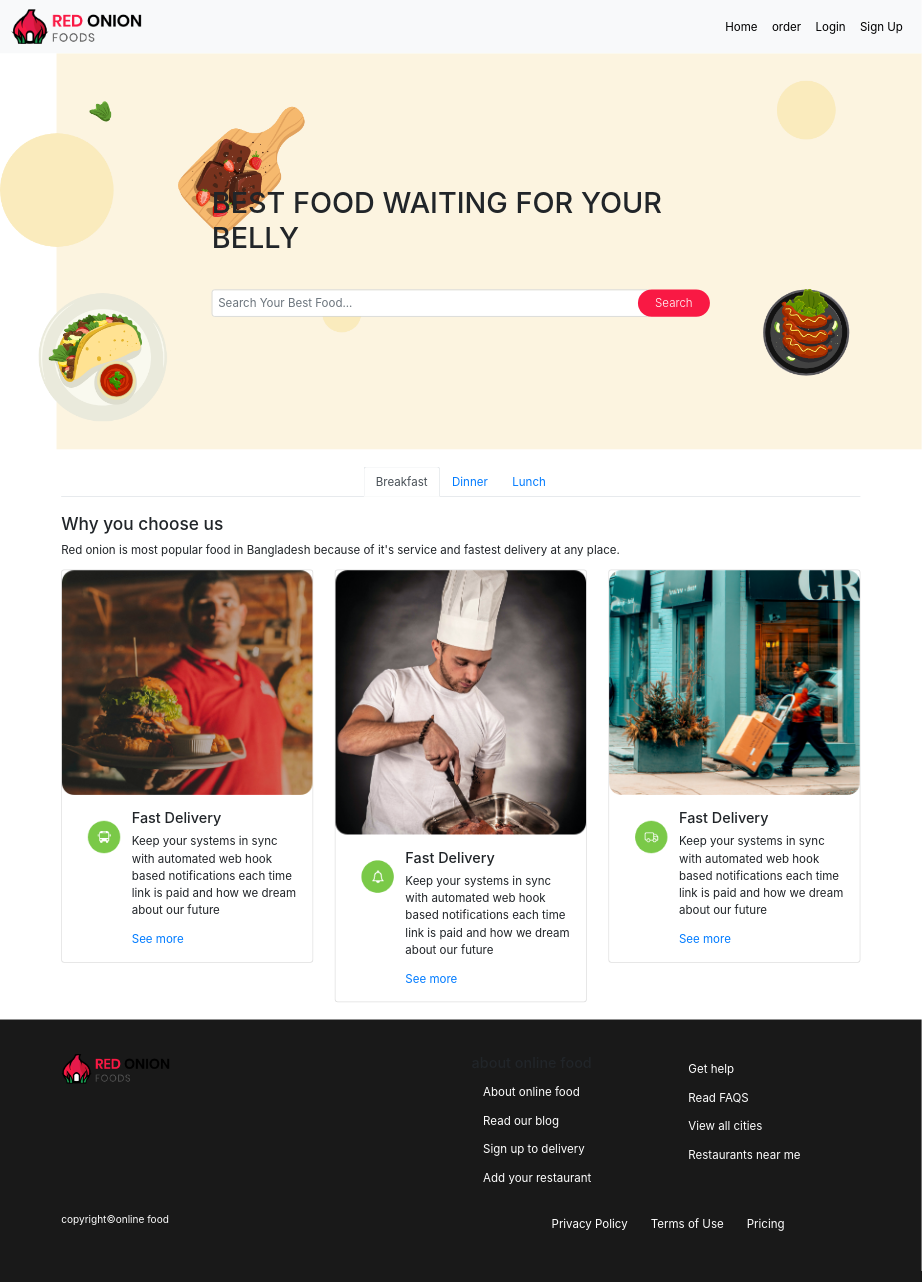
Repository: arif286/red-onion-client
Page: /
These files come from the project's save history. The page is drawn as it stood at one moment and after the next save; the edit follows.
The browser window is 1280 px wide. The pictures show the whole page, at 72% of full size.
The page's requests for data from a server got no answer. The project was rebuilt for these pictures with package versions that can differ from the ones it lists, and the page was loaded fresh each time. No one was signed in, and anything a server would have sent is missing. Also part of the build but not shown: src/App.css, src/components/CheckOut/CheckOut.css, src/components/CheckOut/CheckOutForm/CheckOutFrom.js, src/components/CheckOut/CheckOut.js, src/components/FoodDetails/FoodDetail.css, src/components/FoodDetails/FoodDetail.js, src/components/Food/FoodItem.js, src/components/LogIn/firebase.config.js and 7 more. Imported but missing from the stored project, and not drawn on this page: src/components/CheckOut/Map/Map.

Above is the page before, as saved 2021-04-07 02:28:14.

### public/index.html
<!DOCTYPE html>
<html lang="en">
  <head>
    <meta charset="utf-8" />
    <link rel="icon" href="%PUBLIC_URL%/favicon.ico" />
    <meta name="viewport" content="width=device-width, initial-scale=1" />
    <meta name="theme-color" content="#000000" />
    <meta
      name="description"
      content="Web site created using create-react-app"
    />
    <link rel="apple-touch-icon" href="%PUBLIC_URL%/logo192.png" />
    <!--
      manifest.json provides metadata used when your web app is installed on a
      user's mobile device or desktop. See https://developers.google.com/web/fundamentals/web-app-manifest/
    -->
    <link rel="manifest" href="%PUBLIC_URL%/manifest.json" />

    <!-- <link
      href="https://api.tiles.mapbox.com/mapbox-gl-js/v2.1.1/mapbox-gl.css"
      rel="stylesheet"
    /> -->
    <!--
      Notice the use of %PUBLIC_URL% in the tags above.
      It will be replaced with the URL of the `public` folder during the build.
      Only files inside the `public` folder can be referenced from the HTML.

      Unlike "/favicon.ico" or "favicon.ico", "%PUBLIC_URL%/favicon.ico" will
      work correctly both with client-side routing and a non-root public URL.
      Learn how to configure a non-root public URL by running `npm run build`.
    -->
    <title>Red Onion</title>
  </head>
  <body>
    <noscript>You need to enable JavaScript to run this app.</noscript>
    <div id="root"></div>
    <!--
      This HTML file is a template.
      If you open it directly in the browser, you will see an empty page.

      You can add webfonts, meta tags, or analytics to this file.
      The build step will place the bundled scripts into the <body> tag.

      To begin the development, run `npm start` or `yarn start`.
      To create a production bundle, use `npm run build` or `yarn build`.
    -->
  </body>
</html>

### src/App.js
import "bootstrap/dist/css/bootstrap.min.css";
import React, { createContext, useState } from "react";
import { BrowserRouter as Router, Route, Switch } from "react-router-dom";
import './App.css';
import CheckOut from "./components/CheckOut/CheckOut";
import Map from "./components/CheckOut/Map/Map";
import FoodDetail from "./components/FoodDetails/FoodDetail";
import Footer from "./components/Footer/Footer";
import Header from "./components/Header/Header";
import Home from './components/Home/Home';
import Login from "./components/LogIn/Login";
import Order from "./components/Order/Order";
import SingUp from "./components/SingUp/SingUp";


export const UserContext = createContext();
function App() {
  const [loggedInUser, setLoggedInUser] = useState({});
  return (
    <UserContext.Provider value={[loggedInUser, setLoggedInUser]}>
      <Router>
        <Header />
        <Switch>
          <Route path="/home">
            <Home />
          </Route>
          <Route path="/signUp">
            <SingUp />
          </Route>
          <Route path="/login">
            <Login />
          </Route>
          <Route path="/food/details/:foodId">
            <FoodDetail />
          </Route>
          <Route path='/checkOut'>
            <CheckOut/>
          </Route>
          <Route path='/order'>
            <Order/>
          </Route>
          <Route path='/map'>
            <Map/>
          </Route>
          <Route exact path="/">
            <Home/>
          </Route>
        </Switch>
        <Footer />
      </Router>
    </UserContext.Provider>
  );

}

export default App;

### src/components/Footer/Footer.js
import React from 'react';
import { NavLink } from 'react-bootstrap';
import Logo from '../../onion-restaurent/logo2.png';
import './Footer.css';

const Footer = () => {
    return (
      <footer>
        <div className="container">
          <div className="row pt-5">
            <div className="col-md-6 col-sm-12 pb-4">
              <img className="footer-img" src={Logo} alt="" />
            </div>
            <div className="col-md-3 col-sm-12 pb-4">
              <h5>about online food</h5>
              <ul className="nav flex-column">
                <li className="nav-item">
                  <NavLink
                    className="nav-link active footer-link"
                    to="/"
                  >
                    About online food
                  </NavLink>
                </li>
                <li className="nav-item">
                  <NavLink className="nav-link footer-link" to="/">
                    Read our blog
                  </NavLink>
                </li>
                <li className="nav-item">
                  <NavLink className="nav-link footer-link" to="/">
                    Sign up to delivery
                  </NavLink>
                </li>
                <li className="nav-item">
                  <NavLink className="nav-link footer-link" to="/">
                    Add your restaurant
                  </NavLink>
                </li>
              </ul>
            </div>
            <div className="col-md-3 col-sm-12 pb-4">
              <ul className="nav flex-column">
                <li className="nav-item">
                  <NavLink
                    className="nav-link footer-link"
                    aria-current="page"
                    to="/"
                  >
                    Get help
                  </NavLink>
                </li>
                <li className="nav-item">
                  <NavLink className="nav-link footer-link" to="/">
                    Read FAQS
                  </NavLink>
                </li>
                <li className="nav-item">
                  <NavLink className="nav-link footer-link" to="/">
                    View all cities
                  </NavLink>
                </li>
                <li className="nav-item">
                  <NavLink className="nav-link footer-link" to="/">
                    Restaurants near me
                  </NavLink>
                </li>
              </ul>
            </div>
          </div>

          <div className="row">
            <div className="col-md-7">
              <p className='copy-right'>
                <small>
                  copyright<span>&#169;</span>online food
                </small>
              </p>
            </div>
            <div className="col-md-5">
              <div className='d-flex'>
                <NavLink className="footer-link">Privacy Policy</NavLink>
                <NavLink className="footer-link">Terms of Use</NavLink>
                <NavLink className="footer-link">Pricing</NavLink>
              </div>
            </div>
          </div>
        </div>
      </footer>
    );
};

export default Footer;

### src/components/Header/Header.js
import React from 'react';
import { Nav, Navbar } from 'react-bootstrap';
import { NavLink } from 'react-router-dom';
// import { NavLink } from "react-router-dom";
import logo from '../../onion-restaurent/logo2.png';
import './Header.css';
const Header = () => {

    return (
      <div>
        <Navbar bg="light" expand="lg">
          <Navbar.Brand href="#home">
            <img
              src={logo}
              width="180"
              className="d-inline-block align-top"
              alt="React Bootstrap logo"
            />
          </Navbar.Brand>
          <Navbar.Toggle aria-controls="basic-navbar-nav" />
          <Navbar.Collapse id="basic-navbar-nav">
            <Nav className="ml-auto">
              <NavLink className="header-link" to="/home">
                Home
              </NavLink>
              <NavLink className="header-link" to="/order">
                order
              </NavLink>
              <NavLink className="header-link" to="/login">
                Login
              </NavLink>
              <NavLink className="header-link" to="/signUp">
                Sign Up
              </NavLink>
            </Nav>
          </Navbar.Collapse>
        </Navbar>
      </div>
    );
};

export default Header;

### src/components/Home/Home.js
import React from 'react';
import DeliveryFood from '../DeliveryFood/DeliveryFood';
import Food from '../Food/Food';
import SearchBar from '../SearchBar/SearchBar';

const Home = () => {
    return (
      <>
        <SearchBar/>
        <Food />
        <DeliveryFood />
      </>
    );
};

export default Home;

### src/components/SearchBar/SearchBar.js
import React from 'react';
import { Col, Row } from 'react-bootstrap';
import background from '../../onion-restaurent/bannerbackground.png';
import './SearchBar.css';


const SearchBar = () => {
    const searchBg = {
        bgImage: {
            backgroundImage: `url(${background})`,
            backgroundRepeat: 'no-repeat, repeat',
            width: '100%',
            height: '550px',
            backgroundSize: 'cover'
        },
        submitBtn: {

        },
        searchBar: {
            width: '50%'
        }
    }
    return (
      <div
        className="d-flex justify-content-center align-items-center"
        style={searchBg.bgImage}
      >
          <Row className='justify-content-around'>
            <Col xs={11}>
              <h1 style={{textTransform:'uppercase'}}>Best food waiting for your belly</h1>
              <div className="d-flex mt-5">
                <input
                  className="form-control searchBar"
                  type="text"
                  placeholder="Search Your Best Food..."
                />
                <input className="search-btn" type="submit" value="Search" />
              </div>
            </Col>
          </Row>
      </div>
    );
};

export default SearchBar;

### src/components/Footer/Footer.css
.footer-img {
  width: 150px;
}
footer {
  background-color: #191919;
  padding-bottom: 60px;
}
.footer-link {
  color: white;
}
.footer-link:hover {
  color: #878787;
}
.copy-right {
  color: white;
}

### src/components/Header/Header.css
.header-link {
  color: black;
  display: inline-block;
  padding: 10px;
}
.header-link:hover {
  text-decoration: none;
  color: #777777;
}
.cart-btn {
  border: none;
  background: none;
}

### src/components/DeliveryFood/DeliveryFood.js
import React from 'react';
import { Link } from 'react-router-dom';
import notifications from '../../onion-restaurent/ICON/Group 1133.png';
import deliveryImg from '../../onion-restaurent/ICON/Group 204.png';
import car from '../../onion-restaurent/ICON/Group 245.png';
import burger from '../../onion-restaurent/Image/burger.png';
import cart from '../../onion-restaurent/Image/cart-bear.png';
import chefCook from '../../onion-restaurent/Image/chef-cook.png';


const DeliveryFood = () => {
    return (
      <div className="container mt-4">
        <div>
          <h4>Why you choose us</h4>
          <p>
            Red onion is most popular food in Bangladesh because of it's service
            and fastest delivery at any place.
          </p>
        </div>
        <div className="row row-cols-1 row-cols-md-3 g-4">
          <div className="col pb-4">
            <div className="card">
              <img src={burger} alt="" />
              <div className="d-flex card-body">
                <div className="p-3">
                  <img src={deliveryImg} alt="" />
                </div>
                <div>
                  <h5>Fast Delivery</h5>
                  <p>
                    Keep your systems in sync with automated web hook based
                    notifications each time link is paid and how we dream about
                    our future
                  </p>
                  <Link to='/'>See more</Link>
                </div>
              </div>
            </div>
          </div>
          <div className="col pb-4">
            <div className="card">
              <img src={chefCook} alt="" />
              <div className="d-flex card-body">
                <div className="p-3">
                  <img src={notifications} alt="" />
                </div>
                <div>
                  <h5>Fast Delivery</h5>
                  <p>
                    Keep your systems in sync with automated web hook based
                    notifications each time link is paid and how we dream about
                    our future
                  </p>
                  <Link>See more</Link>
                </div>
              </div>
            </div>
          </div>
          <div className='col pb-4'>
            <div className="card">
              <img src={cart} alt="" />
              <div className="d-flex card-body">
                <div className="p-3">
                  <img src={car} alt="" />
                </div>
                <div>
                  <h5>Fast Delivery</h5>
                  <p>
                    Keep your systems in sync with automated web hook based
                    notifications each time link is paid and how we dream about
                    our future
                  </p>
                  <Link>See more</Link>
                </div>
              </div>
            </div>
          </div>
        </div>
      </div>
    );
};

export default DeliveryFood;

### src/components/Food/Food.js

import axios from "axios";
import React, { useEffect, useState } from "react";
import { Tab, Tabs } from "react-bootstrap";
import { useHistory } from "react-router";
import "./Food.css";
import FoodItem from "./FoodItem";

const Food = () => {
  const [foods, setFoods] = useState([]);
  useEffect(() => {
    axios.get('http://localhost:5000/foods')
      .then(res => setFoods(res.data))
    .catch(err=>console.log(err))
  }, []);
  let history = useHistory()

  const handleFood = (id) => {
    history.push(`/food/details/${id}`)
  }

  return (
    <>
      <div className="container mt-4">
        <Tabs
          className="justify-content-center food-items"
          defaultActiveKey="breakfast"
          id="uncontrolled-tab-example"
        >
          <Tab eventKey="breakfast" title="Breakfast">
            <div className="row row-cols-1 row-cols-md-3 g-4">
              {foods.slice(0, 6).map((food) => (
                <FoodItem
                  handleFood={() => {
                    handleFood(food._id);
                  }}
                  food={food}
                  key={food.id}
                ></FoodItem>
              ))}
            </div>
          </Tab>
          <Tab eventKey="dinner" title="Dinner">
            <div className="row row-cols-1 row-cols-md-3 g-4">
              {foods.slice(6, 12).map((food) => (
                <FoodItem
                  handleFood={() => {
                    handleFood(food._id);
                  }}
                  food={food}
                  key={food.id}
                ></FoodItem>
              ))}
            </div>
          </Tab>
          <Tab eventKey="lunch" title="Lunch">
            <div className="row row-cols-1 row-cols-md-3 g-4">
              {foods.slice(12, 18).map((food) => (
                <FoodItem
                  handleFood={() => {
                    handleFood(food._id);
                  }}
                  food={food}
                  key={food.id}
                ></FoodItem>
              ))}
            </div>
          </Tab>
        </Tabs>
      </div>
    </>
  );
};

export default Food;

### src/components/SearchBar/SearchBar.css
.search-btn {
  outline: none;
  background-color: #f91944;
  display: inline-block;
  width: 100px;
  padding: 7px;
  border-radius: 50px;
  color: white;
  border: none;
  font-weight: 300;
  position: absolute;
  right: 0;
  margin-right: 15px;
}
.searchBar {
  position: relative;
  width: 88%;
  padding: 8px;
}

### src/components/Food/Food.css
.food-items {
  margin-bottom: none;
}

Loaded but not shown: src/index.js (common file); src/index.css (common file); src/reportWebVitals.js (common file)

After the next save:
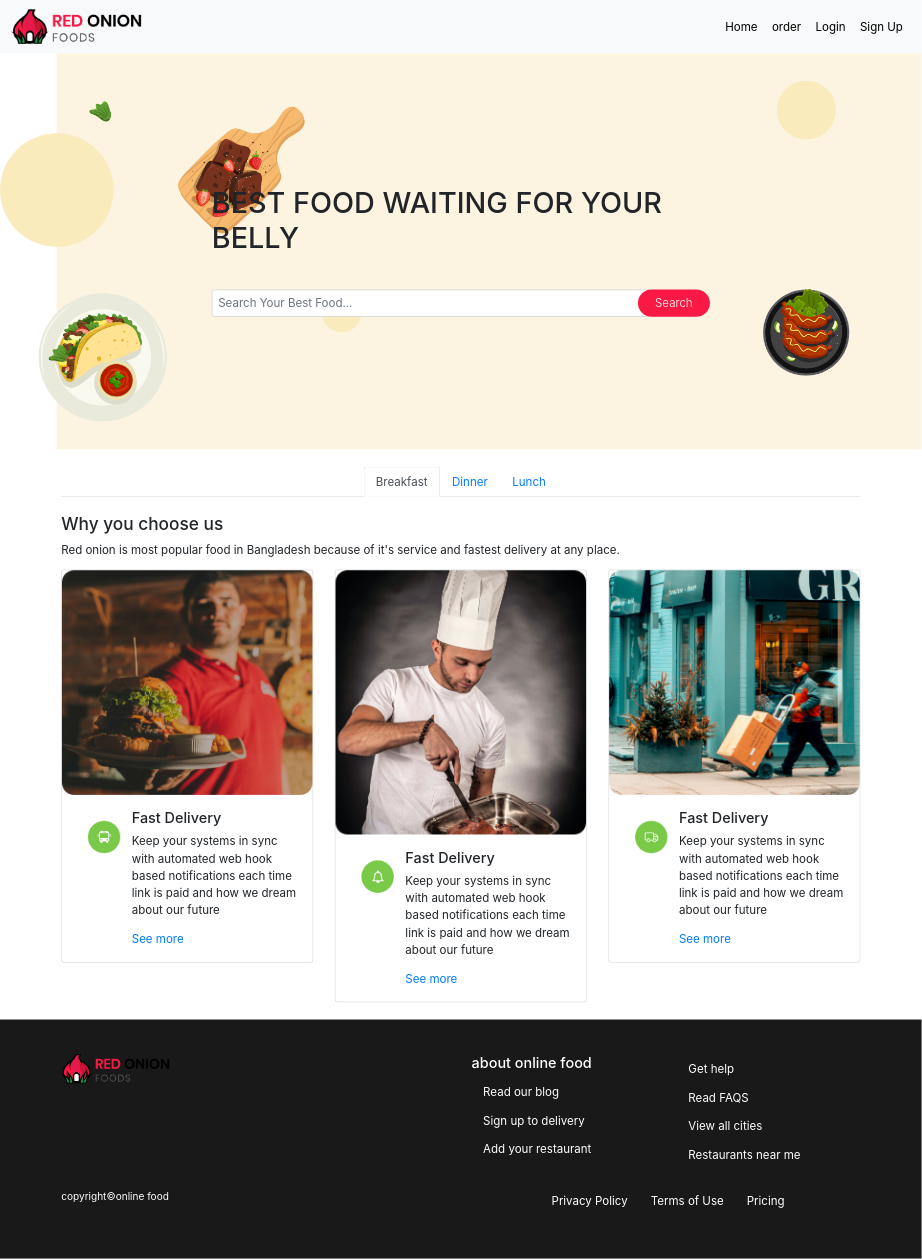
Saved 84 s later.
--- a/src/components/Footer/Footer.js
+++ b/src/components/Footer/Footer.js
@@ -12,16 +12,9 @@ const Footer = () => {
               <img className="footer-img" src={Logo} alt="" />
             </div>
             <div className="col-md-3 col-sm-12 pb-4">
-              <h5>about online food</h5>
+              <h5 style={{color:'white'}}>about online food</h5>
               <ul className="nav flex-column">
-                <li className="nav-item">
-                  <NavLink
-                    className="nav-link active footer-link"
-                    to="/"
-                  >
-                    About online food
-                  </NavLink>
-                </li>
+
                 <li className="nav-item">
                   <NavLink className="nav-link footer-link" to="/">
                     Read our blog
